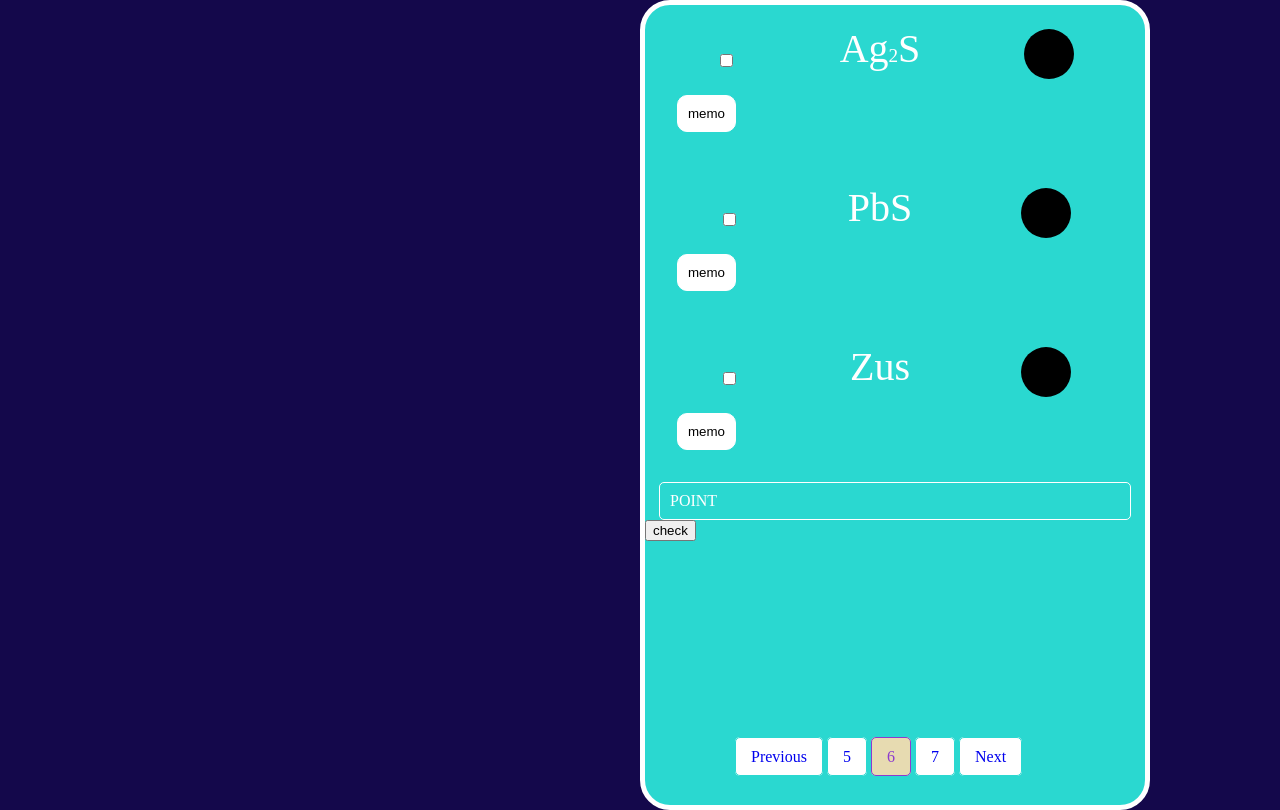
Repository: 1000sky/Inorganic_chemistry_application
Page: http://localhost/index6
An editor plug-in stored every save of this project. The page is shown before and after the next save, followed by the edit.
The browser window is 1280 px wide. The pictures show the whole page.
The pointer rests on the first visible `#point-text`.
The page is served by the project's Laravel application, run on PHP 8.4 with Laravel 8.

Above is the page before, as saved 2022-07-17 10:43:40.

After the next save:
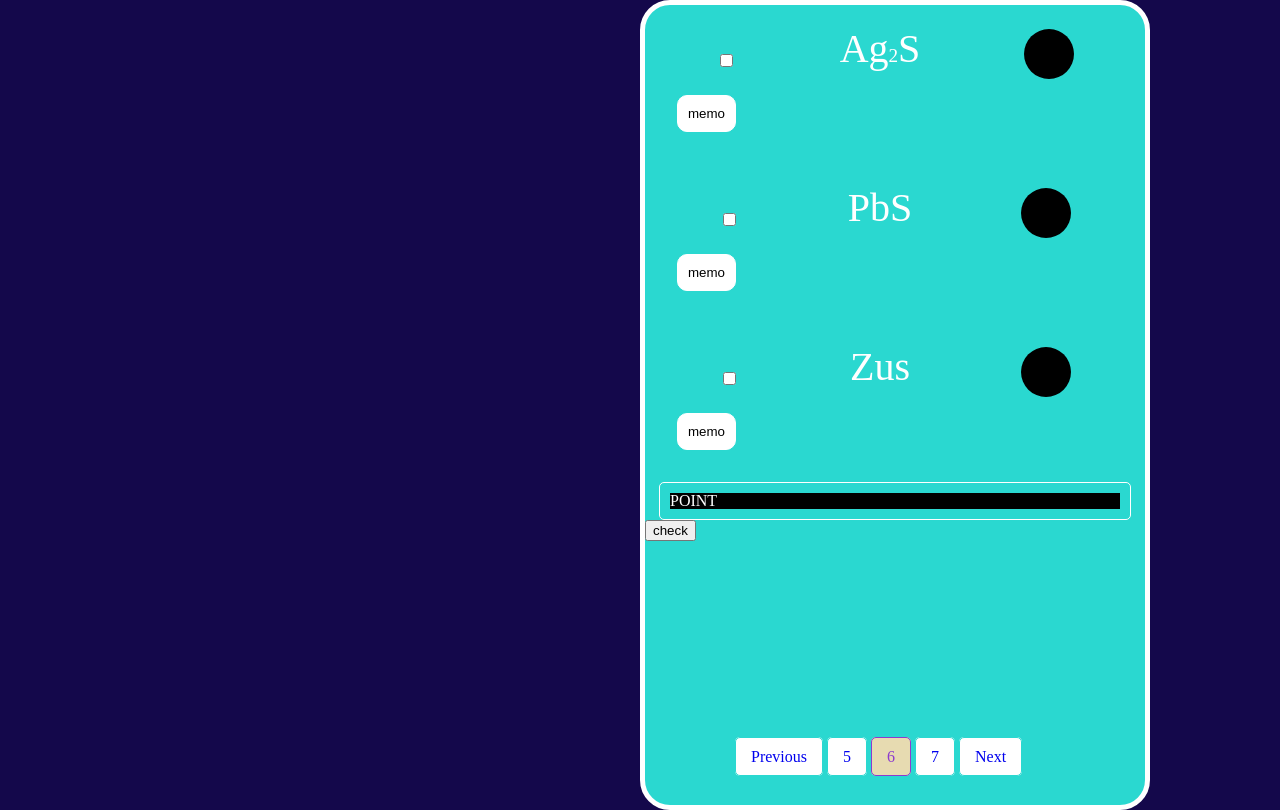
Saved 17 s later.
--- a/application/public/css/index.css
+++ b/application/public/css/index.css
@@ -114,7 +114,7 @@
 }
 
 #point-text:hover {
-  color: white;
+  background-color: black;
   text-align: left;
 }
 

After the 2 saves that followed:
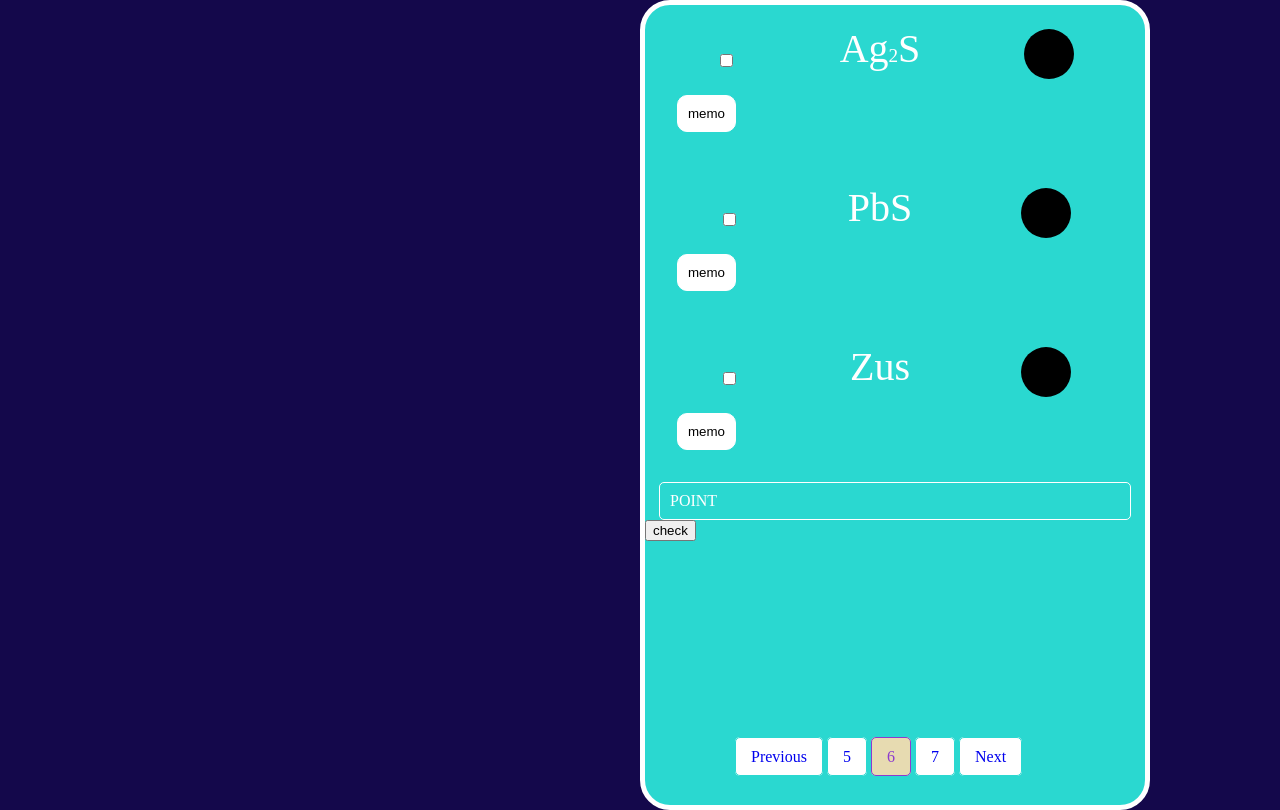
The 2 saves are shown as one change because 1 left the picture as it was.
The last was saved 78 s later.
--- a/application/public/css/index.css
+++ b/application/public/css/index.css
@@ -113,10 +113,6 @@
   text-align: left;
 }
 
-#point-text:hover {
-  background-color: black;
-  text-align: left;
-}
 
 .ion {
   font-size: 0.5rem;
